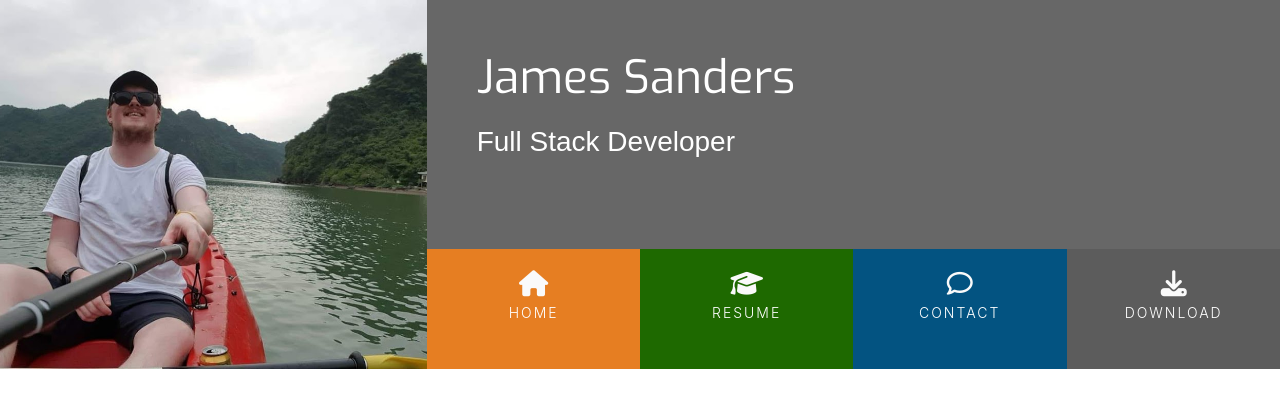
Repository: JaySanders95/my-online-resume
Page: index.html
These files come from the project's save history. The page is drawn as it stood at one moment and after the next save; the edit follows.
The browser window is 1280 px wide. The pictures show the whole page.
Some web fonts or font styles are not loaded; a fallback is used. Some web libraries are served in a nearby version.

Above is the page before, as saved 2023-04-19 17:29:14.

After the next save:
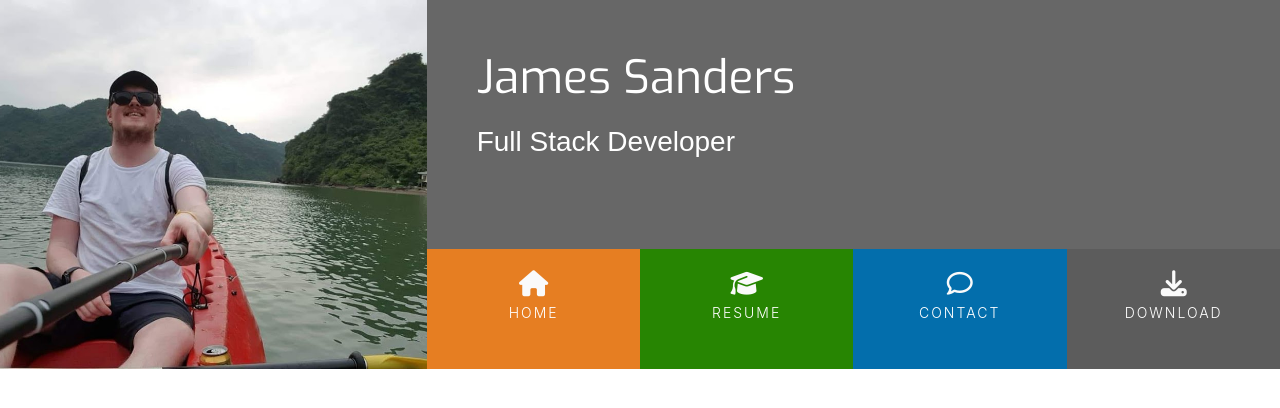
Saved 35 s later.
--- a/assets/css/style.css
+++ b/assets/css/style.css
@@ -13,11 +13,11 @@
 }
 
 .ui-menu-color-resume {
-    background-color: #1e6900;
+    background-color: #278502;
 }
 
 .ui-menu-color-contact {
-    background-color: #035381;
+    background-color: #036eac;
 }
 
 .ui-menu-color-download {
